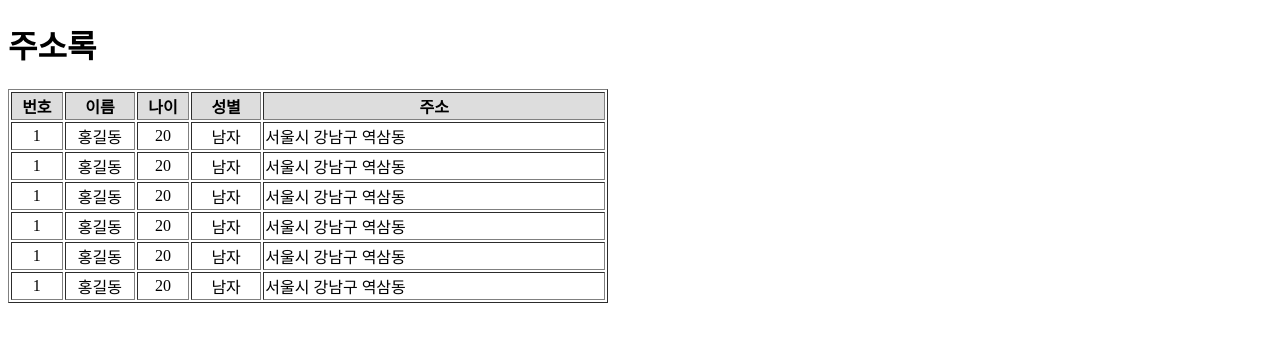
Repository: sungken/htmlProject
Page: ClientTest/src/main/webapp/html/ex16_table.html
The author's editor kept a copy of each file at every save. The page is drawn from the files as they stood at one save, then again after the next save.
The browser window is 1280 px wide. The pictures show the whole page.

Above is the page before, as saved 2024-03-13 06:46:54.

After the next save:
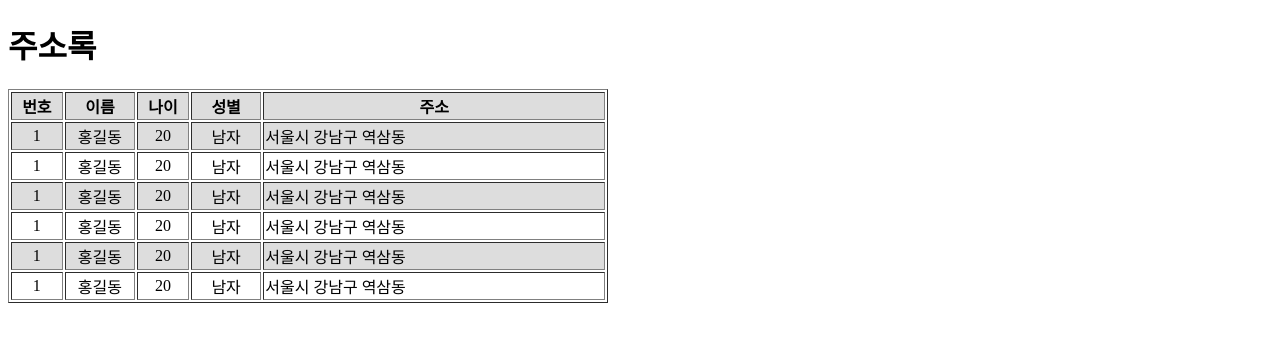
Saved 52 s later.
--- a/ClientTest/src/main/webapp/html/ex16_table.html
+++ b/ClientTest/src/main/webapp/html/ex16_table.html
@@ -16,7 +16,7 @@
 			<td width="70" align="center"><b>성별</b></td>
 			<td width="360" align="center"><b>주소</b></td>
 		</tr>
-		<tr>
+		<tr bgcolor="#dddddd">
 			<td align="center">1</td>
 			<td align="center">홍길동</td>
 			<td align="center">20</td>
@@ -30,7 +30,7 @@
 			<td align="center">남자</td>
 			<td align="left">서울시 강남구 역삼동</td>
 		</tr>
-		<tr>
+		<tr bgcolor="#dddddd">
 			<td align="center">1</td>
 			<td align="center">홍길동</td>
 			<td align="center">20</td>
@@ -44,7 +44,7 @@
 			<td align="center">남자</td>
 			<td align="left">서울시 강남구 역삼동</td>
 		</tr>
-		<tr>
+		<tr bgcolor="#dddddd">
 			<td align="center">1</td>
 			<td align="center">홍길동</td>
 			<td align="center">20</td>
